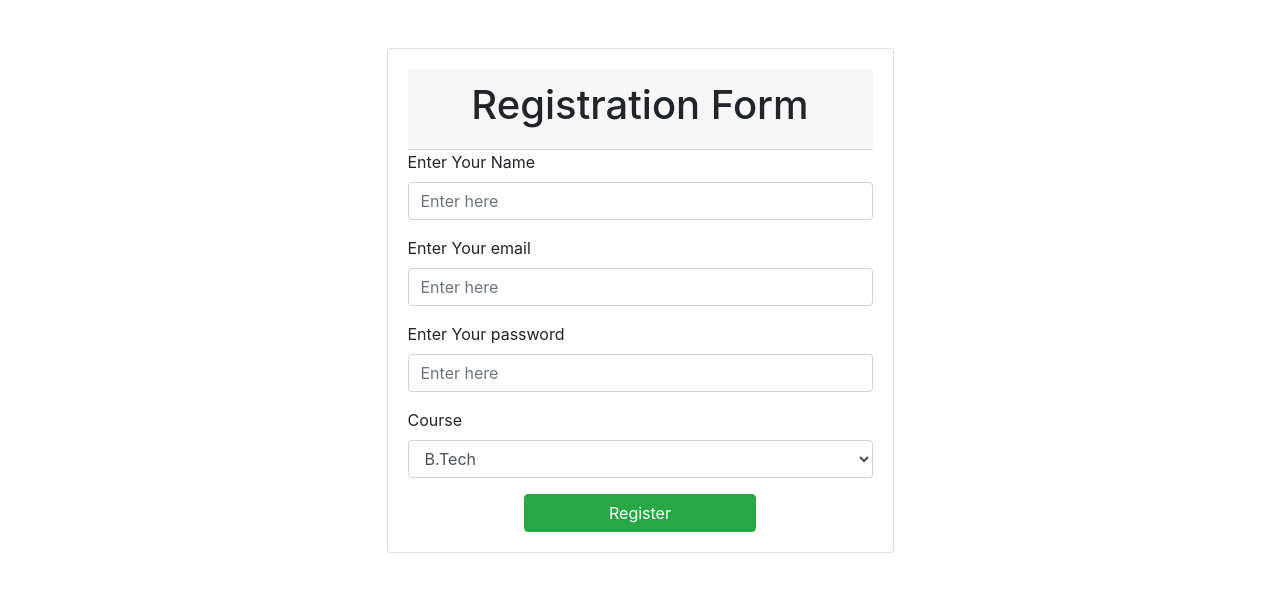
Repository: Hashim-Ansari-82/Servlet-And-JSP
Page: Submit-Form-App/src/main/webapp/index.html
An editor plug-in stored every save of this project. The page is shown before and after the next save, followed by the edit.
The browser window is 1280 px wide. The pictures show the whole page.
Some web libraries are served in a nearby version.

Above is the page before, as saved 2026-06-03 19:25:57.

After the next save:
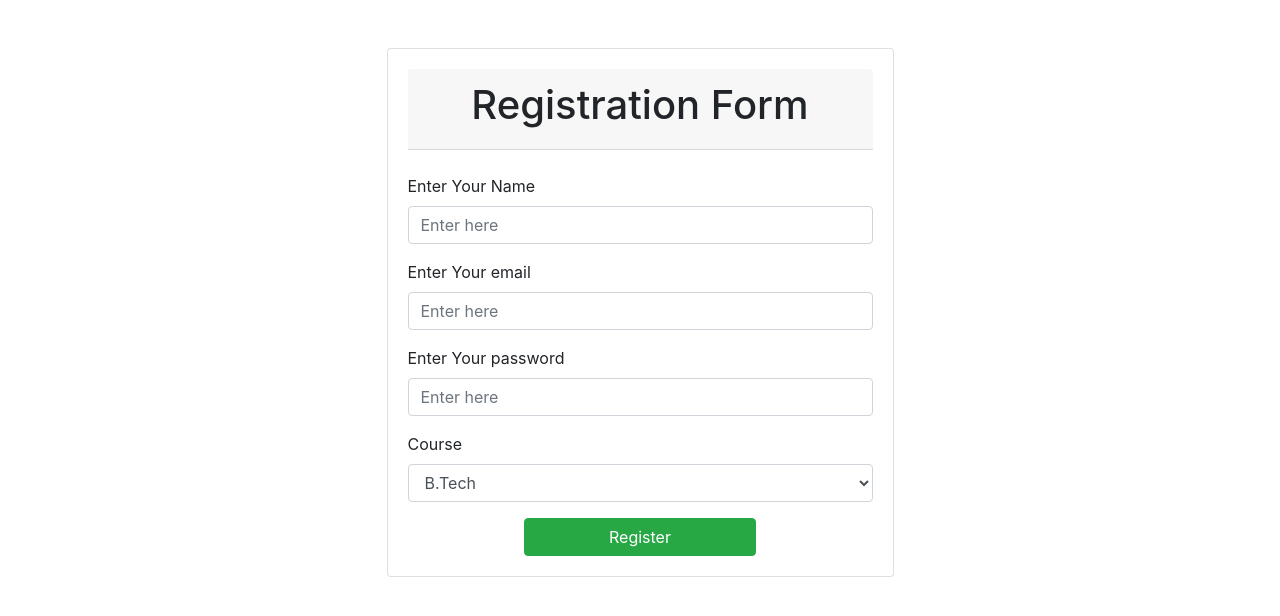
Saved 18 s later.
--- a/Submit-Form-App/src/main/webapp/index.html
+++ b/Submit-Form-App/src/main/webapp/index.html
@@ -17,7 +17,7 @@
 					<div class="card-body">
 						<div class="card-header">
 							<h1 class="text-center">Registration Form</h1>
-							</div>
+							</div><br>
 							<form action="register" method="post">
 								<div class="form-group">
 									<label>Enter Your Name</label> <input type="text"
